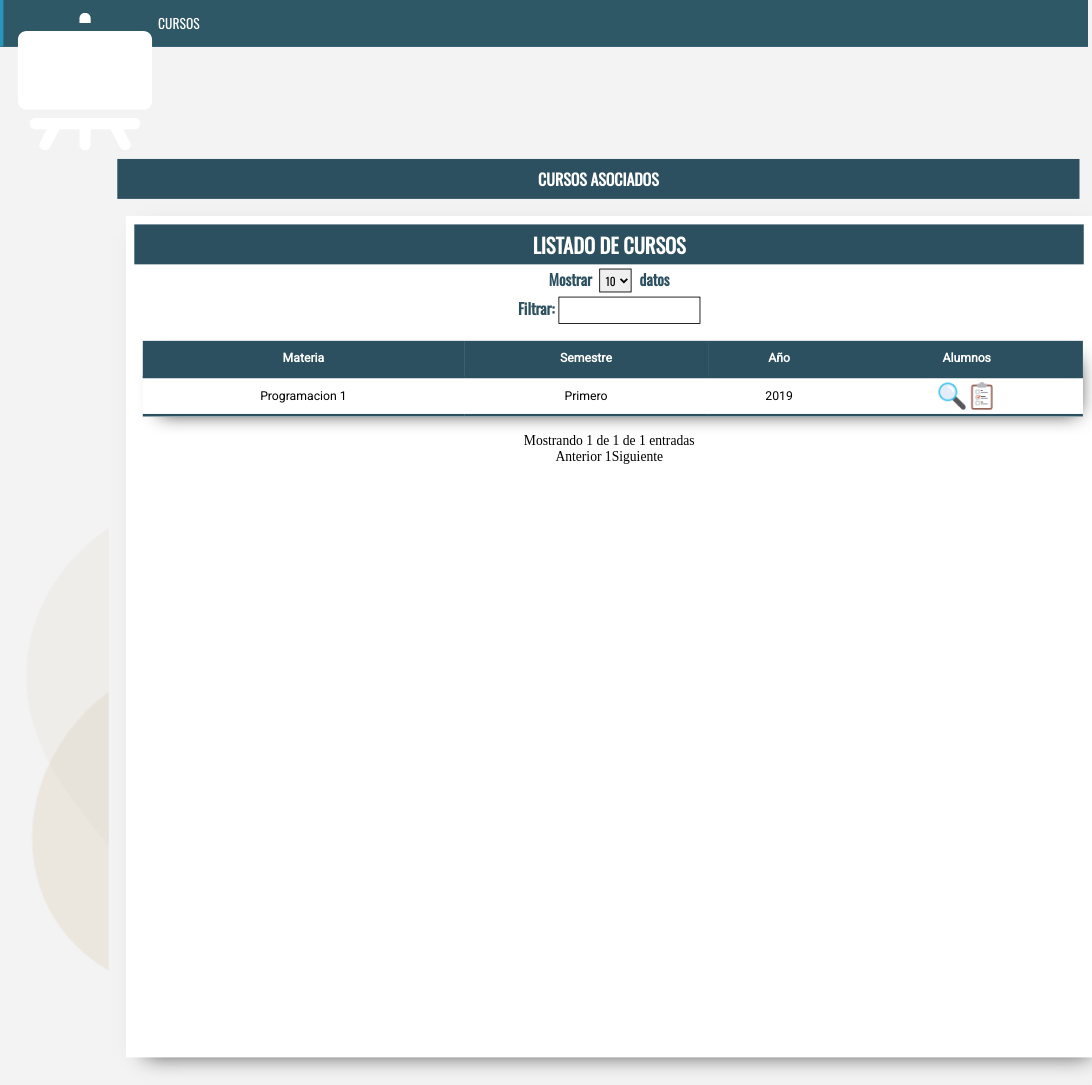
Repository: AlejandraBarrachina23/TPIntegrador_Barrachina_Java
Page: http://localhost/Alejandra_Barrachina_TP_Integrador1/cursosporprofesor.jsp
The author's editor kept a copy of each file at every save. The page is drawn from the files as they stood at one save, then again after the next save.
The browser window is 1280 px wide. The page is 1285 px wide, so the pictures cover 1285 px, including what lies to the right of the window. The pictures show the whole page, at 85% of full size.
Some web fonts or font styles are not loaded; a fallback is used. The page is served by Tomcat 9. Nobody is signed in. The application's start-up code is not run. Other server files are loaded and not shown. The database holds what the project's SQL file puts in it.

Above is the page before, as saved 2019-12-10 01:02:36.

### Alejandra_Barrachina_TP_Integrador1/WebContent/cursosporprofesor.jsp
<%@page import="Dominio.Curso"%>
<%@ page language="java" contentType="text/html; charset=ISO-8859-1"
    pageEncoding="ISO-8859-1"%>
    <%@page import="Dominio.Alumno"%>
    <%@page import="Negocio.CursoNegocio"%>
    <%@page import="java.util.ArrayList"%>
<!DOCTYPE html>
<html>
<head>
<meta charset="ISO-8859-1">
<title>Sistema Universitarios</title>
<link href="estilos.css" type="text/css" rel=stylesheet>
<link href="https://fonts.googleapis.com/css?family=Oswald&display=swap" rel="stylesheet">
<link href="https://fonts.googleapis.com/css?family=Open+Sans:400,600&display=swap" rel="stylesheet">
<link href="https://fonts.googleapis.com/css?family=Roboto&display=swap" rel="stylesheet">
<link href="https://fonts.googleapis.com/css?family=Francois+One&display=swap" rel="stylesheet">
<link href="jquery.dataTables.min.css" type="text/css" rel=sytlesheet>
<script src="jquery-3.4.1.min.js"></script>
<script src="jquery.dataTables.min.js"></script>
</head>
<body>
<jsp:include page="menu-profesores.html"></jsp:include>
<section class="section-principal">
	<div class="encabezados"><h3>CURSOS ASOCIADOS</h3></div>
	<div id="form-listado-calificaciones">
			<h2>LISTADO DE CURSOS</h2>
			<table id="table_id" class="content-table">
				<thead>
					<tr>
						<th>Materia</th>
						<th>Semestre</th>
						<th>Año</th>
						<th>Alumnos</th>
					</tr>
				</thead>
				<tbody>
					<%CursoNegocio unCursoNegocio = new CursoNegocio();
					for(Curso unCurso : unCursoNegocio.CursosxProfesor(5)){	%>
				<tr>
					<td><%= unCurso.getMateria().getNombre() %></td>
					<td><%= unCurso.getSemestre() %></td>
					<td><%= unCurso.getAnio() %></td>
				    <td>
				    	<a href="calificaciones.jsp"><input type="button" class="btn-mostrar" value=""></a>
				        <a href="calificaciones.jsp"><input type="button" class="btn-calificaciones" value=""></a>
				    </td>
				</tr><%}%>
			</tbody>
			</table>
			</div>
</section>

<script>

	$(document).ready( function () {
	    $('#table_id').DataTable();
	} );

	</script>
</body>
</html>

### Alejandra_Barrachina_TP_Integrador1/WebContent/menu-profesores.html

	<ul>
		<a href="cursosporprofesor.jsp"><li><img class="icon" alt="profesores" src="iconos/cursos.svg">CURSOS</li></a>
	</ul>

### Alejandra_Barrachina_TP_Integrador1/src/Negocio/ICursoNegocio.java
package Negocio;
import java.sql.SQLException;
import java.util.ArrayList;
import Dominio.Curso;

public interface ICursoNegocio {

	public ArrayList<Curso> CursosxProfesor(int IdProfesor) throws SQLException;
	public ArrayList<Curso> AlumnosxCurso(Curso CursoSeleccionado);
	public void CargarNotas(Curso cursoModificar, int notaUno, int notaDos, int notaTres, int notaCuatro, int Legajo, String Estado);
}

### Alejandra_Barrachina_TP_Integrador1/src/Negocio/CursoNegocio.java
package Negocio;
import java.sql.SQLException;
import java.util.ArrayList;
import DAO.CursoDAO;
import Dominio.Curso;

public class CursoNegocio implements ICursoNegocio {

private CursoDAO unCursoDAO = new CursoDAO();

	public ArrayList<Curso> CursosxProfesor(int IdProfesor) throws SQLException {

		return unCursoDAO.CursosxProfesor(IdProfesor);
	}

	public ArrayList<Curso> AlumnosxCurso(Curso CursoSeleccionado) {

		return unCursoDAO.AlumnosxCurso(CursoSeleccionado);
	}

	public void CargarNotas(Curso cursoModificar, int notaUno, int notaDos, int notaTres, int notaCuatro, int Legajo,
			String Estado) {

		unCursoDAO.CargarNotas(cursoModificar, notaUno, notaDos, notaTres, notaCuatro, Legajo, Estado);

	}

}

### Alejandra_Barrachina_TP_Integrador1/src/DAO/CursoDAO.java
package DAO;
import java.sql.ResultSet;
import java.sql.Statement;
import java.util.ArrayList;
import com.mysql.cj.jdbc.CallableStatement;
import Dominio.Alumno;
import Dominio.Calificaciones;
import Dominio.Curso;
import Dominio.Materia;


public class CursoDAO {

	private ConexionDB nuevaConexion;

	public void AgregarCuros(Curso unNuevoCurso, int LegajoAlumno) {

	nuevaConexion = new ConexionDB();

		try {

			 CallableStatement SP_AgregarCurso = (CallableStatement) nuevaConexion.Open().prepareCall("CALL AgregarCurso(?,?,?,?,?)");
			 SP_AgregarCurso.setInt(1,unNuevoCurso.getMateria().getIdMateria());
			 SP_AgregarCurso.setString(2,unNuevoCurso.getSemestre());
			 SP_AgregarCurso.setInt(3,unNuevoCurso.getAnio());
			 SP_AgregarCurso.setInt(4,unNuevoCurso.getProfesorTitular().getLegajo());
			 SP_AgregarCurso.setInt(5,LegajoAlumno);
			 SP_AgregarCurso.execute();
		}

		catch (Exception e) {

			e.printStackTrace();
			System.out.print("No cargo "+ e);
		}

		finally {

			nuevaConexion.close();
		}
	}

	public ArrayList<Curso> CursosxProfesor(int IdProfesor) {

		ArrayList<Curso> ListadoCursos = new ArrayList<Curso>();
		nuevaConexion = new ConexionDB();
		nuevaConexion.Open();

		try {


			ResultSet TablaResultados= nuevaConexion.query("SELECT DISTINCT materia.IdMateria,materia.nombre, alumnosxcurso.semestre, alumnosxcurso.anio FROM alumnosxcurso INNER JOIN materia ON alumnosxcurso.idMateria = materia.idMateria\r\n" +
					"WHERE IdProfesor = " + IdProfesor);

			while(TablaResultados.next()) {

				Curso unCurso = new Curso();
				Materia unaMateria = new Materia();
				unaMateria.setIdMateria(TablaResultados.getInt("IdMateria"));
				unaMateria.setNombre(TablaResultados.getString("nombre"));
				unCurso.setAnio(TablaResultados.getInt("anio"));
				unCurso.setSemestre(TablaResultados.getString("semestre"));
				unCurso.setMateria(unaMateria);
				ListadoCursos.add(unCurso);
			}

		}

		catch (Exception e) {

			e.printStackTrace();
			System.out.print("No cargo "+ e);
		}

		finally {

			nuevaConexion.close();
		}

		return ListadoCursos;
	}

public ArrayList<Curso> AlumnosxCurso(Curso CursoSeleccionado) {

		ArrayList<Curso> ListadoAlumnosxCurso = new ArrayList<Curso>();
		ArrayList<Alumno> ListadoAlumnos = new ArrayList<Alumno>();
		ArrayList<Calificaciones> ListadoNotas = new ArrayList<Calificaciones>();
		nuevaConexion = new ConexionDB();
		nuevaConexion.Open();

		try {


			ResultSet TablaResultados= nuevaConexion.query("SELECT Alumnos.Legajo,Alumnos.Nombre, Alumnos.Apellido,NotaUno,NotaDos,RecuperatorioUno,RecuperatorioDos,alumnosxcurso.Estado FROM alumnosxcurso INNER JOIN "
					+ "Alumnos ON Alumnos.Legajo = alumnosxcurso.legajo WHERE idMateria="+ CursoSeleccionado.getMateria().getIdMateria() + " AND Semestre= '"+ CursoSeleccionado.getSemestre()
					+ "' AND Anio = " + CursoSeleccionado.getAnio() + " AND Idprofesor =" + CursoSeleccionado.getProfesorTitular().getLegajo());

			while(TablaResultados.next()) {

				Alumno unAlumno = new Alumno();
				Calificaciones notas = new Calificaciones();

				unAlumno.setLegajo(TablaResultados.getInt("alumnos.legajo"));
				unAlumno.setNombre(TablaResultados.getString("alumnos.nombre"));
				unAlumno.setApellido(TablaResultados.getString("alumnos.apellido"));
				notas.setParcialUno(TablaResultados.getInt("NotaUno"));
				notas.setParcialDos(TablaResultados.getInt("NotaDos"));
				notas.setRecuperatorioUno(TablaResultados.getInt("RecuperatorioUno"));
				notas.setRecuperatorioDos(TablaResultados.getInt("RecuperatorioDos"));
				notas.setEstado(TablaResultados.getString("alumnosxcurso.Estado"));
				notas.setLegajoAlumno(TablaResultados.getInt("alumnos.legajo"));
				ListadoAlumnos.add(unAlumno);
				ListadoNotas.add(notas);

			}

			Curso unCurso = new Curso();
			unCurso.setListadoAlumnos(ListadoAlumnos);
			unCurso.setListadoNotas(ListadoNotas);
			ListadoAlumnosxCurso.add(unCurso);

		}

		catch (Exception e) {

			e.printStackTrace();
			System.out.print("No cargo "+ e);
		}

		finally {

			nuevaConexion.close();
		}

		return ListadoAlumnosxCurso;
	}

	public void CargarNotas(Curso cursoModificar, int notaUno, int notaDos, int notaTres, int notaCuatro, int Legajo, String Estado) {

		nuevaConexion = new ConexionDB();

		try {

			 CallableStatement SP_ModificarNotas = (CallableStatement) nuevaConexion.Open().prepareCall("CALL ModificarNotas(?,?,?,?,?,?,?,?,?,?)");
			 SP_ModificarNotas.setInt(1,cursoModificar.getMateria().getIdMateria());
			 SP_ModificarNotas.setString(2,cursoModificar.getSemestre());
			 SP_ModificarNotas.setInt(3,cursoModificar.getAnio());
			 SP_ModificarNotas.setInt(4,cursoModificar.getProfesorTitular().getLegajo());
			 SP_ModificarNotas.setInt(5,Legajo);
			 SP_ModificarNotas.setInt(6,notaUno);
			 SP_ModificarNotas.setInt(7,notaDos);
			 SP_ModificarNotas.setInt(8,notaTres);
			 SP_ModificarNotas.setInt(9,notaCuatro);
			 SP_ModificarNotas.setString(10,Estado);
			 SP_ModificarNotas.execute();
		}

		catch (Exception e) {

			e.printStackTrace();
			System.out.print("No cargo "+ e);
		}

		finally {

			nuevaConexion.close();
		}

	}

	public boolean CursoExistente(Curso unCurso) {

		nuevaConexion = new ConexionDB();
		nuevaConexion.Open();
		boolean valor=false;

		try {

			ResultSet TablaResultados= nuevaConexion.query("select distinct IdMateria,Semestre,Anio,IdProfesor from alumnosxcurso where IdMateria= " + unCurso.getMateria().getIdMateria()+ " AND Semestre='"
			+ unCurso.getSemestre() + "' AND Anio=" + unCurso.getAnio() + " AND IdProfesor=" + unCurso.getProfesorTitular().getLegajo());



			while(TablaResultados.next()) {

				valor=true;
			}

		}

		catch (Exception e) {

			e.printStackTrace();
			System.out.print("No cargo "+ e);
		}

		finally {

			nuevaConexion.close();
		}

		return valor;
	}

}

### Alejandra_Barrachina_TP_Integrador1/src/DAO/ConexionDB.java
package DAO;
import java.sql.Statement;
import java.sql.Connection;
import java.sql.DriverManager;
import java.sql.ResultSet;
import java.sql.SQLException;

public class ConexionDB {

	private String host = "jdbc:mysql://localhost:3306/";
	private String user = "root";
	private String pass = "admin";
	private String dbName = "SistemaUniversitario?useUnicode=true&useJDBCCompliantTimezoneShift=true&useLegacyDatetimeCode=false&serverTimezone=UTC";

	protected Connection connection;

	public Connection Open()
	{
		try
		{
			Class.forName("com.mysql.jdbc.Driver");
			this.connection = DriverManager.getConnection(host+dbName, user, pass);
		}
		catch(Exception e)
		{
			e.printStackTrace();
		}
		return this.connection;
	}

	public ResultSet query(String query)
	{
		Statement st;
		ResultSet rs=null;
		try
		{
			st= connection.createStatement();
			rs= st.executeQuery(query);
		}
		catch(SQLException e)
		{
			e.printStackTrace();
		}
		return rs;
	}

	public boolean execute(String query)
	{
		Statement st;
		boolean save = true;
		try {
			st = connection.createStatement();
		    st.executeUpdate(query);
		}
		catch(SQLException e)
		{
			save = false;
			e.printStackTrace();
		}
		return save;
	}

	public boolean close()
	{
		boolean ok=true;
		try {
			connection.close();
		}
		catch(Exception e)
		{
			ok= false;
			e.printStackTrace();
		}
		return ok;
	}


}

### Alejandra_Barrachina_TP_Integrador1/src/Dominio/Curso.java
package Dominio;

import java.util.ArrayList;

public class Curso {

	private Materia Materia;
	private String Semestre;
	private int anio;
	private Profesor ProfesorTitular;
	private ArrayList <Alumno> ListadoAlumnos;
	private ArrayList <Calificaciones> ListadoNotas;

	public Materia getMateria() {
		return Materia;
	}
	public void setMateria(Materia materia) {
		Materia = materia;
	}
	public String getSemestre() {
		return Semestre;
	}
	public void setSemestre(String semestre) {
		Semestre = semestre;
	}
	public int getAnio() {
		return anio;
	}
	public void setAnio(int anio) {
		this.anio = anio;
	}
	public Profesor getProfesorTitular() {
		return ProfesorTitular;
	}
	public void setProfesorTitular(Profesor profesorTitular) {
		ProfesorTitular = profesorTitular;
	}
	public ArrayList<Alumno> getListadoAlumnos() {
		return ListadoAlumnos;
	}
	public void setListadoAlumnos(ArrayList<Alumno> listadoAlumnos) {
		ListadoAlumnos = listadoAlumnos;
	}

	public ArrayList<Calificaciones> getListadoNotas() {
		return ListadoNotas;
	}
	public void setListadoNotas(ArrayList<Calificaciones> listadoNotas) {
		ListadoNotas = listadoNotas;
	}


}

### Alejandra_Barrachina_TP_Integrador1/src/Dominio/Materia.java
package Dominio;

public class Materia {

	private int IdMateria;
	private String Nombre;

	public int getIdMateria() {
		return IdMateria;
	}
	public void setIdMateria(int idMateria) {
		IdMateria = idMateria;
	}
	public String getNombre() {
		return Nombre;
	}
	public void setNombre(String nombre) {
		Nombre = nombre;
	}

}

### Alejandra_Barrachina_TP_Integrador1/build/classes/backupDB.sql (the tables this page reads)
CREATE TABLE `alumnosxcurso` (
  `IdMateria` int(5) NOT NULL,
  `Semestre` varchar(8) NOT NULL,
  `Anio` int(4) NOT NULL,
  `IdProfesor` int(5) NOT NULL,
  `Legajo` int(5) NOT NULL,
  `NotaUno` int(2) DEFAULT '0',
  `NotaDos` int(2) DEFAULT '0',
  `RecuperatorioUno` int(2) DEFAULT '0',
  `RecuperatorioDos` int(2) DEFAULT '0',
  `Estado` varchar(7) NOT NULL DEFAULT 'Regular',
  PRIMARY KEY (`IdMateria`,`Semestre`,`Anio`,`IdProfesor`,`Legajo`)
) ENGINE=InnoDB DEFAULT CHARSET=utf8mb4 COLLATE=utf8mb4_0900_ai_ci;

INSERT INTO `alumnosxcurso` VALUES (1,'Primero',2019,5,1,10,6,0,0,'Regular'),(1,'Primero',2019,5,2,5,10,10,0,'Regular'),(1,'Primero',2019,5,3,0,0,0,0,'Regular'),(1,'Primero',2019,5,4,0,0,0,0,'Regular'),(1,'Primero',2019,5,5,0,0,0,0,'Regular'),(1,'Primero',2019,5,6,0,0,0,0,'Regular'),(1,'Primero',2019,5,7,0,0,0,0,'Regular'),(1,'Primero',2019,5,8,0,0,0,0,'Regular'),(1,'Primero',2019,5,9,0,0,0,0,'Regular'),(1,'Primero',2019,5,10,0,0,0,0,'Regular');

CREATE TABLE `materia` (
  `IdMateria` int(5) NOT NULL AUTO_INCREMENT,
  `Nombre` varchar(50) NOT NULL,
  PRIMARY KEY (`IdMateria`)
) ENGINE=InnoDB AUTO_INCREMENT=22 DEFAULT CHARSET=utf8mb4 COLLATE=utf8mb4_0900_ai_ci;

INSERT INTO `materia` VALUES (1,'Programacion 1'),(2,'SPD'),(3,'Matematica'),(4,'Ingles'),(5,'Laboratorio 1'),(6,'Programacion 2'),(7,'ARSO'),(8,'Estadistica'),(9,'Ingles 2'),(10,'Laboratorio 2'),(11,'Metodologia Investigacion'),(12,'Programacion 3'),(13,'Contabilidad'),(14,'Organizacion Empresarial'),(15,'Elementos'),(16,'Laboratorio 3'),(17,'Metodologia Sistemas'),(18,'Base de Datos'),(19,'Legislacion'),(20,'Laboratorio 4'),(21,'Practica Profesional');

### Alejandra_Barrachina_TP_Integrador1/WebContent/menu-administrador.html


<style>
@import url('https://fonts.googleapis.com/css?family=Francois+One&display=swap');
</style>

	<ul>
		<a href="alumnos.jsp"><li><img class="icon" alt="cursos" src="iconos/estudiantes.svg">ALUMNOS</li></a>
		<a href="profesores.jsp"><li><img class="icon" alt="cursos" src="iconos/profesores.svg">PROFESORES</li></a>
		<a href="cursos.jsp"><li><img class="icon" alt="profesores" src="iconos/cursos.svg">CURSOS</li></a>
		<a href="reportes.jsp"><li><img class="icon" alt="cursos" src="iconos/reportes.svg">REPORTES</li></a>
	</ul>

Loaded but not shown: Alejandra_Barrachina_TP_Integrador1/WebContent/jquery-3.4.1.min.js (library); Alejandra_Barrachina_TP_Integrador1/WebContent/jquery.dataTables.min.js (library); Alejandra_Barrachina_TP_Integrador1/WebContent/iconos/usuario-admin.svg (1 lines, source omitted); Alejandra_Barrachina_TP_Integrador1/WebContent/iconos/reportes.svg (10 lines, source omitted); Alejandra_Barrachina_TP_Integrador1/WebContent/iconos/cursos.svg (6 lines, source omitted); Alejandra_Barrachina_TP_Integrador1/WebContent/iconos/estudiantes.svg (7 lines, source omitted); Alejandra_Barrachina_TP_Integrador1/WebContent/iconos/profesores.svg (2 lines, source omitted); Alejandra_Barrachina_TP_Integrador1/WebContent/estilos.css (1216 lines, source omitted)

After the next save:
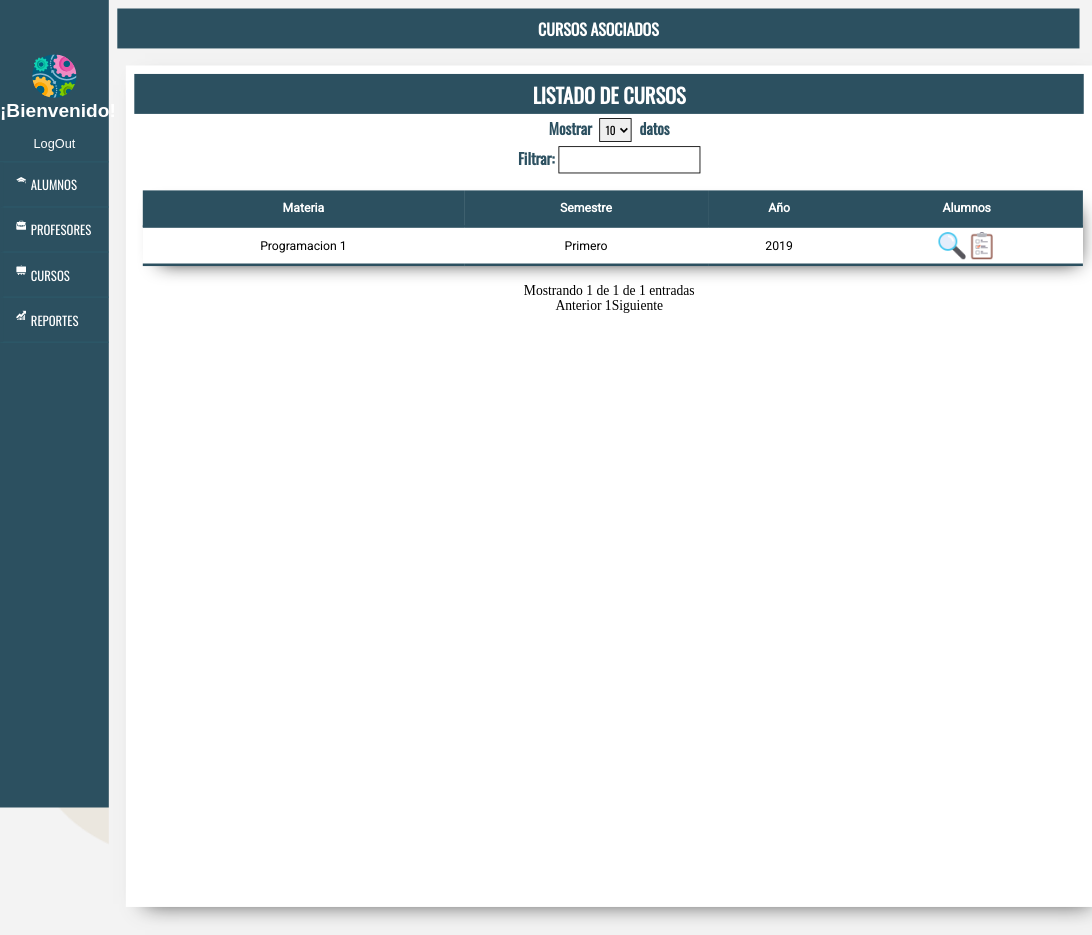
Saved 9 min 24 s later.
--- a/Alejandra_Barrachina_TP_Integrador1/WebContent/cursosporprofesor.jsp
+++ b/Alejandra_Barrachina_TP_Integrador1/WebContent/cursosporprofesor.jsp
@@ -19,7 +19,15 @@
 <script src="jquery.dataTables.min.js"></script>
 </head>
 <body>
-<jsp:include page="menu-profesores.html"></jsp:include>
+<nav>
+<div id="user">
+		<a href="index.jsp"><img id="icon-usuario" src="iconos/usuario-admin.svg" alt="imagen-usuario"></a>
+		<h2>¡Bienvenido!</h2>
+		<p>${usuario.usuario}</p>
+		<a href="serveletUsuario">LogOut</a>
+	</div>
+<jsp:include page="menu-administrador.html"></jsp:include>
+</nav>
 <section class="section-principal">
 	<div class="encabezados"><h3>CURSOS ASOCIADOS</h3></div>
 	<div id="form-listado-calificaciones">
